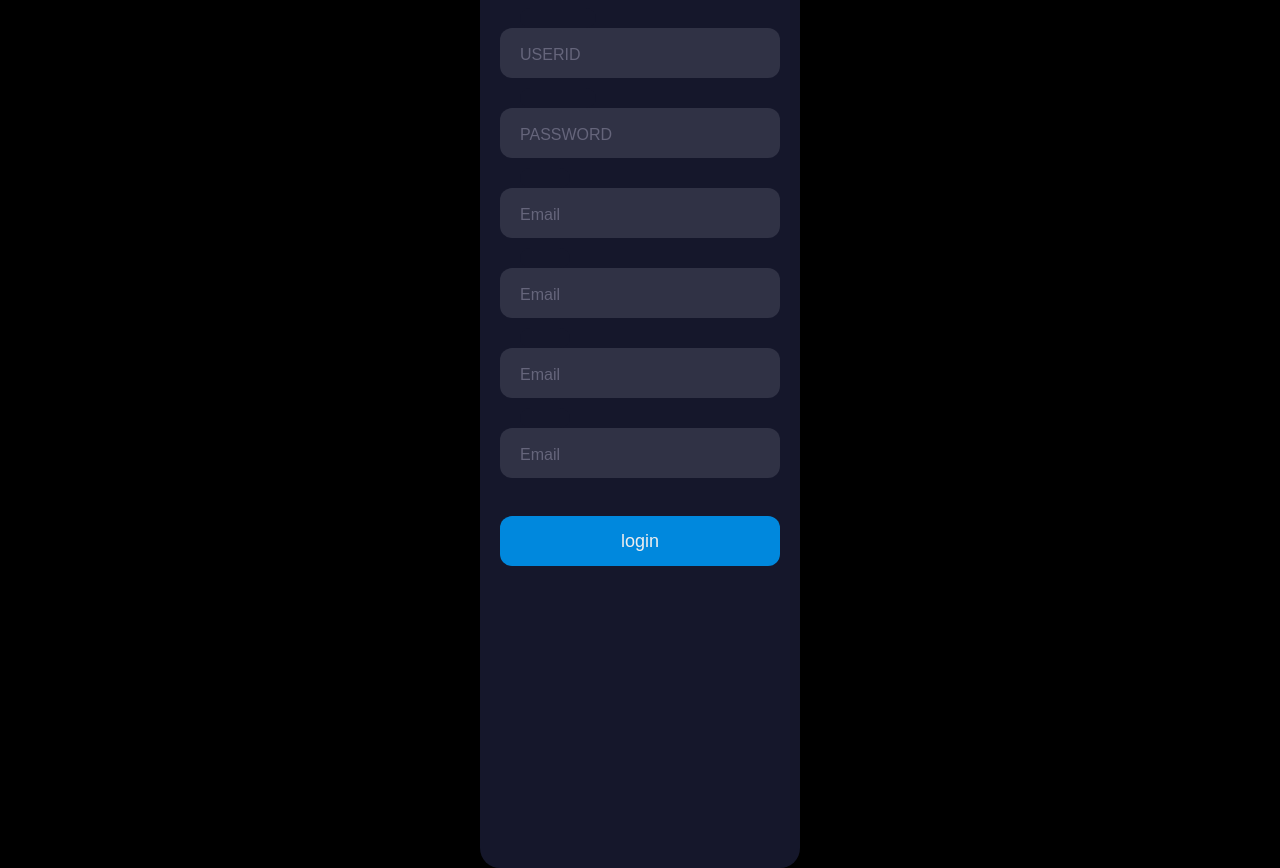
Repository: uhhuhhmm/JSP-Servlet-Class
Page: http://localhost/web03/form304.jsp
These files come from the project's save history. The page is drawn as it stood at one moment and after the next save; the edit follows.
The browser window is 1280 px wide. The pictures show the whole page.
The page is served by Tomcat 9.

Above is the page before, as saved 2022-07-15 02:07:35.

After the next save:
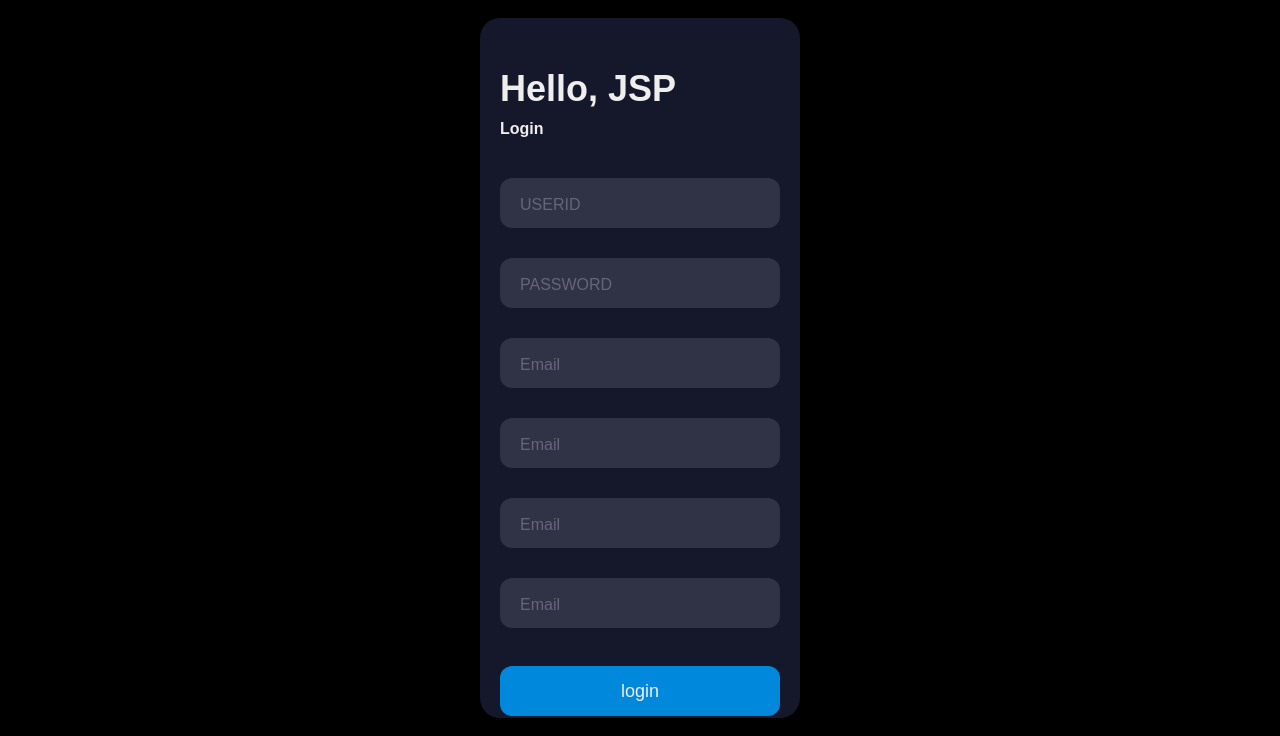
Saved 7 s later.
--- a/web03/WebContent/form304.jsp
+++ b/web03/WebContent/form304.jsp
@@ -23,7 +23,7 @@ body {
   background-color: #15172b;
   border-radius: 20px;
   box-sizing: border-box;
-  height: 1000px;
+  height: 700px;
   padding: 20px;
   width: 320px;
 }
